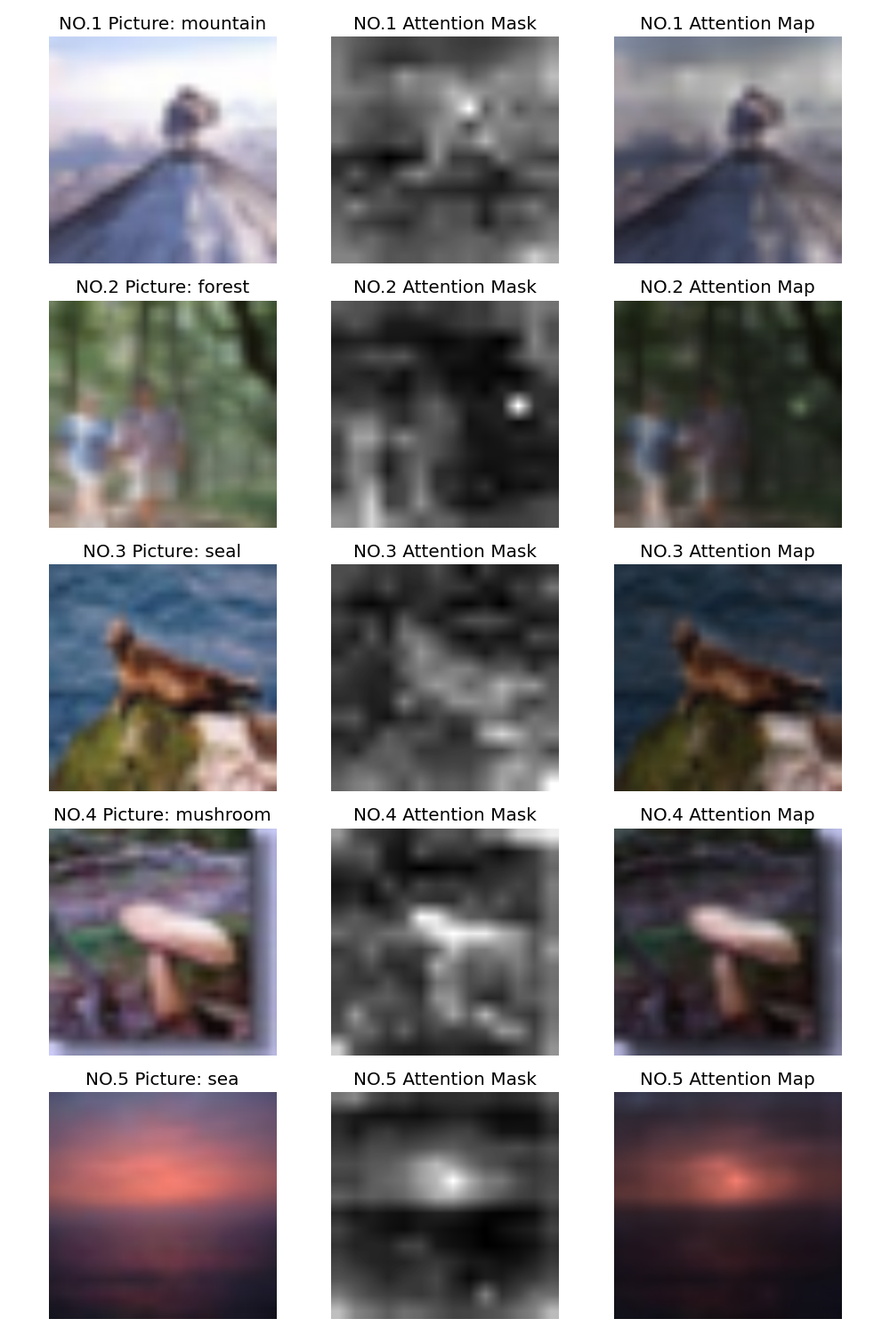
Repository: ginnux/vit
Script's output: python figure/visual.py
The author's editor kept a copy of each file at every save. The script's output is drawn from the files as they stood at one save, then again after the next save.
The pictures are shown at 89% of full size.
Random numbers start from a fixed seed. It also reads figure/large.pkl.

Above is the script's output before, as saved 2024-06-24 23:14:44.

After the next save:
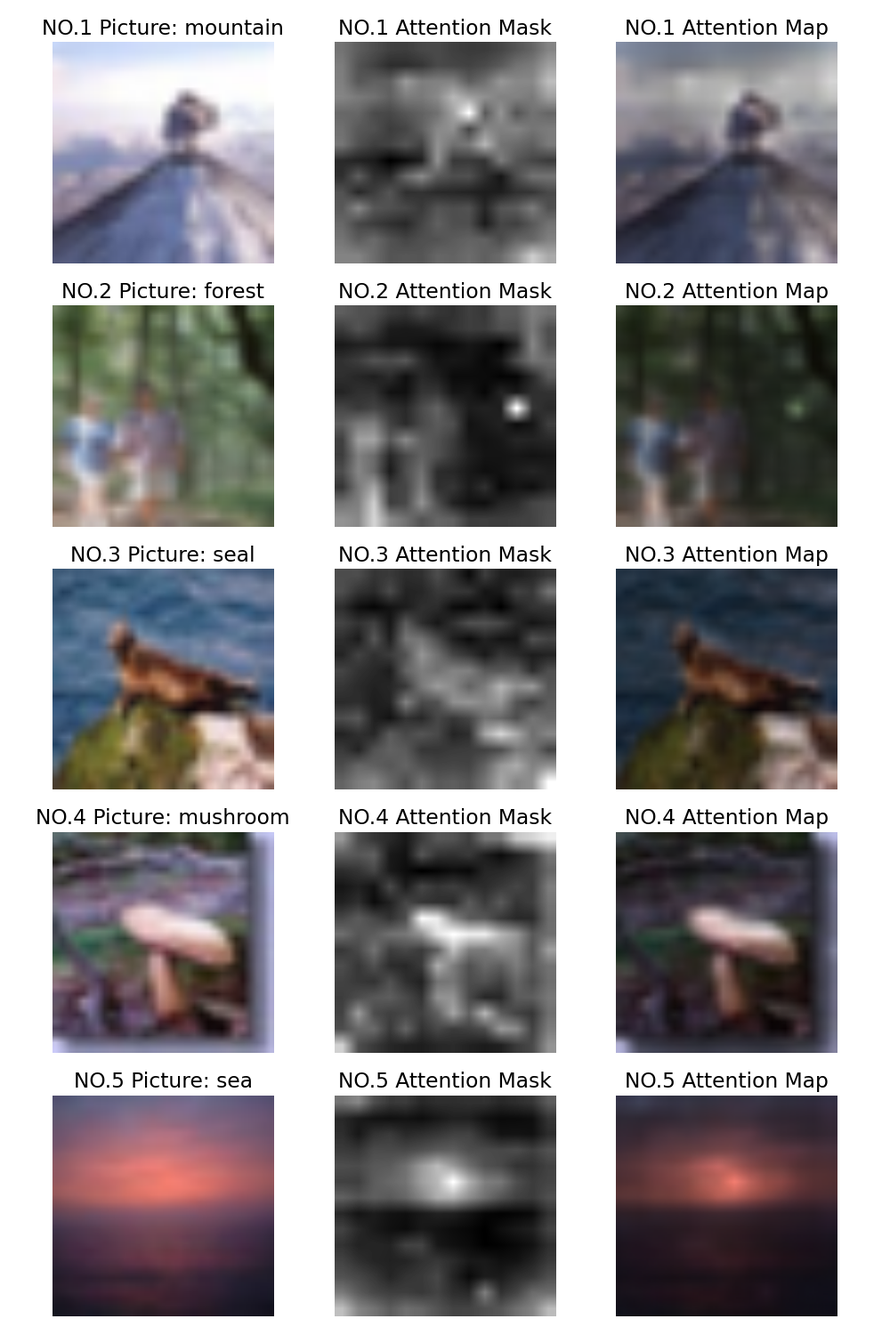
Saved 26 s later.
--- a/figure/visual.py
+++ b/figure/visual.py
@@ -9,7 +9,7 @@ with open("figure/large.pkl", "rb") as f:
 # Plot
 im_list, mask_list, result_list, label_list = data
 
-plt.rcParams["font.size"] = 12
+plt.rcParams["font.size"] = 14
 plt.rcParams["font.family"] = "Times New Roman"
 num = len(im_list)
 
